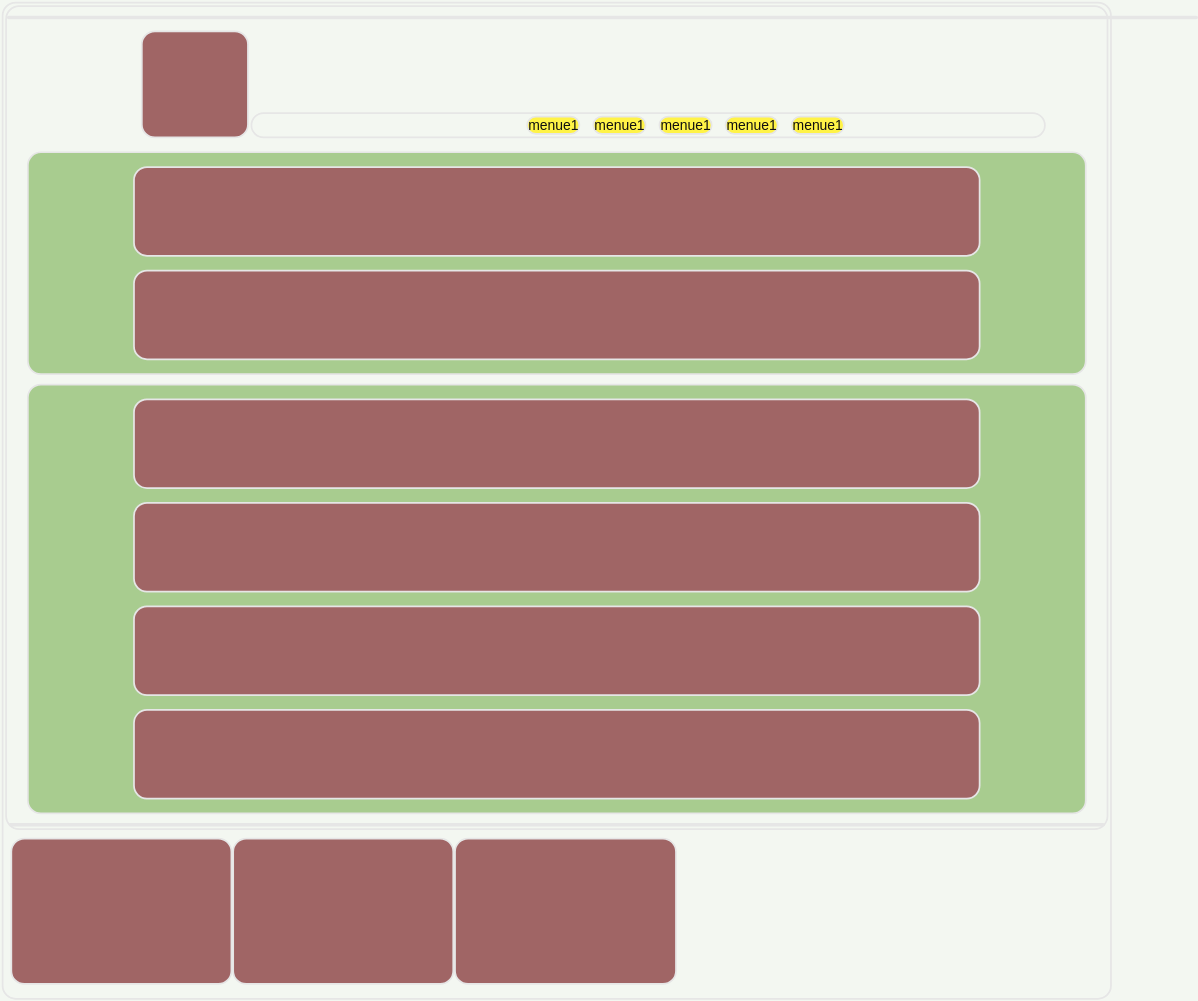
Repository: clairedupuich/cv-claireDUPUICH
Page: cv.html
The author's editor kept a copy of each file at every save. The page is drawn from the files as they stood at one save, then again after the next save.
The browser window is 1280 px wide. The page is 1377 px wide, so the pictures cover 1377 px, including what lies to the right of the window. The pictures show the whole page, at 87% of full size.

Above is the page before, as saved 2020-10-08 16:55:25.

### cv.html
<!DOCTYPE html>
<html lang="fr" dir="ltr">
  <head>
    <meta charset="utf-8">
    <title>Exercice</title>
    <link rel="stylesheet" href="cv.css">
  </head>
  <body>
    <section class="header">
        <div class="img">
        </div>

            <ul class="nav">
                <li>menue1</li>
                <li>menue1</li>
                <li>menue1</li>
                <li>menue1</li>
                <li>menue1</li>
            </ul>

    </section>
      <section class="section1">
          <div class="article1_1">
          </div>
          <div class="article1_2">
          </div>
      </section>
      <section class="section2">
        <div class="article2_1">
        </div>
        <div class="article2_2">
        </div>
        <div class="article2_3">
        </div>
        <div class="article2_4">
        </div>
      </section>
      <footer>
          <div class='footer1'>
          </div>
        <div class="footer2">
        </div>

        <div class="footer3">
        </div>
    </footer>
  </body>
</html>

### cv.css
* {
    font-family: Avenir, sans-serif;
    border: 2px solid rgb(230, 230, 230);
    border-radius: 16px;
    margin: 2px;

}
@media screen and (min-width: 768px) and (max-width: 992px){


    body {
        background-color: azure;


    }
    section {
        margin-top: 10px;
        width: 95%;
        background-color: rgb(156, 156, 129);


    }
    div {
        margin: 15px auto;
        width:80% ;
        height: 100px;
        background-color: rgb(83, 83, 83);
    }
    ul {
        text-align: center;
        list-style: none;
        color: tomato;
    }

    footer,
    .header{
        background-color:rgb(162, 211, 233);
    }

    .footer2,
    .footer1 {
        height: 45px;
        width: 20%;
        float: left;

    }
    .footer1{
        margin-left: 25%;
        margin-right: 10%;
    }

    .footer3 {
        clear: both;
        height: 50px;
    }
    .img {
        width:120px;
        height: 120px;
        text-align: left;
    }

}
@media screen and (min-width: 992px) and (max-width: 1200px){

    body {
        background-color: rgb(153, 192, 192);


    }
    section {
        margin: 10px auto;
        width: 96%;
        background-color: rgb(248, 248, 194);


    }
    div {
        margin: 15px auto;
        width:80% ;
        height: 100px;
        background-color: rgb(207, 199, 199);
    }
    ul {
        text-align: center;
        list-style: none;
        color: rgb(212, 45, 15);
    }

    footer,
    .header{
        background-color:rgb(247, 247, 247);
    }

    .footer2,
    .footer1 {
        height: 45px;
        width: 20%;
        float: left;

    }
    .footer1{
        margin-left: 25%;
        margin-right: 10%;
    }

    .footer3 {
        clear: both;
        height: 50px;
    }
    .img {
        width:120px;
        height: 120px;
        text-align: left;
    }
}
@media screen and (min-width: 1200px){
    body {
        background-color: rgb(243, 247, 241);


    }
    section {
        margin: 10px auto;
        width: 96%;
        background-color: rgb(168, 204, 143);


    }
    div {
        margin: 15px auto;
        width:80% ;
        height: 100px;
        background-color: rgb(160, 101, 101);
    }
    ul {
        text-align: center;
        list-style: none;
        color: rgb(17, 16, 16);
        width: 50%;
        margin-top: 9%;
        padding-left: 25%;
    }


    li{
        background-color: rgb(255, 243, 71);
        margin-left: 2%;
    }
    .header{
        padding-left: 12%;
    }
    .img,
    ul,
    li {
        float: left;
    }

    .section1 {
        clear: both;
    }
    footer,
    .header{
        background-color:rgb(245, 237, 237);
    }

    .footer1,
    .footer2,
    .footer3 {
        height: 165px;
        width: 20%;
        float: left;

    }
    .footer1{

    }


    .img {
        width:120px;
        height: 120px;
        text-align: left;
    }
}

After the next save:
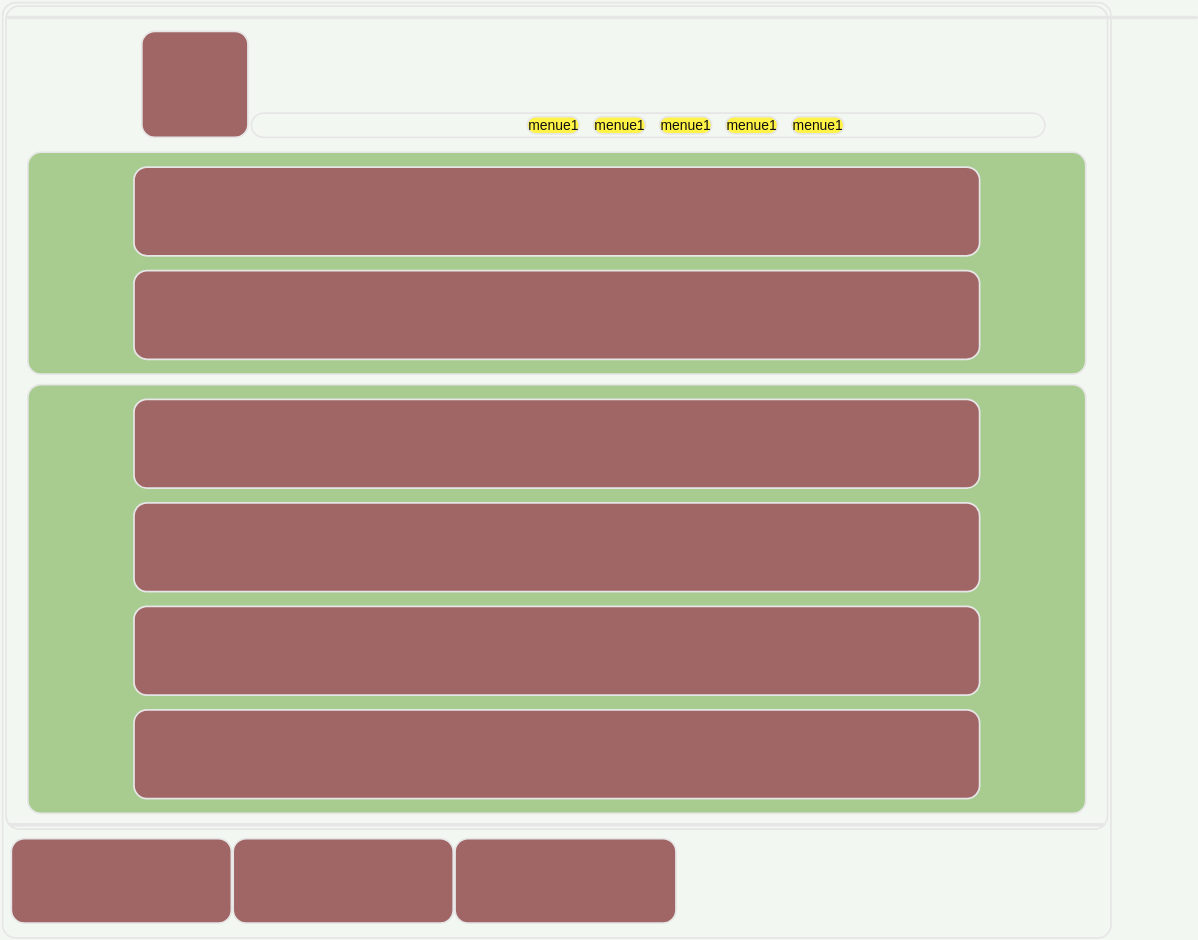
Saved 91 s later.
--- a/cv.css
+++ b/cv.css
@@ -166,7 +166,7 @@
     .footer1,
     .footer2,
     .footer3 {
-        height: 165px;
+        height: 95px;
         width: 20%;
         float: left;
 
